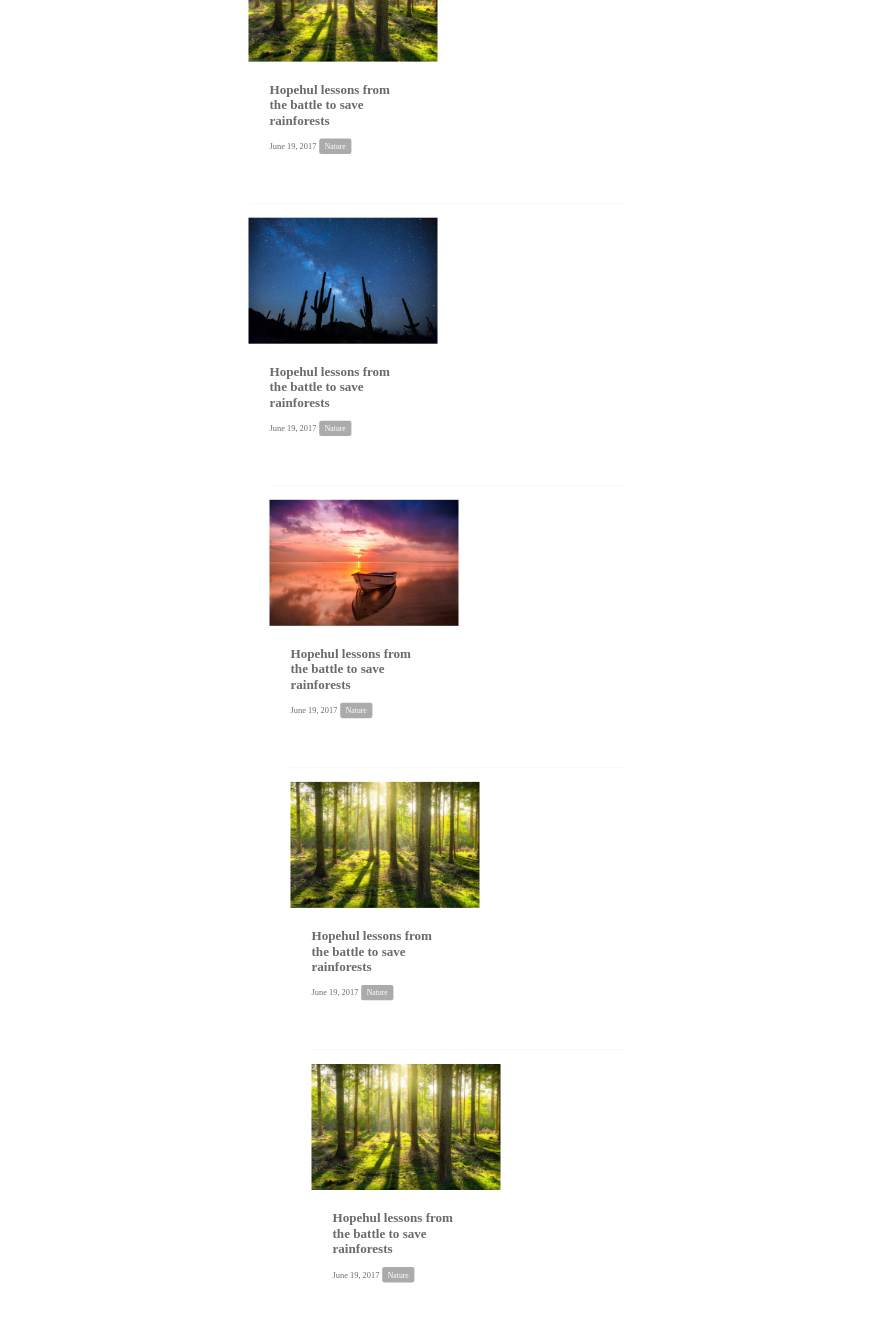
Repository: tttstk518/git-practice
Page: caravan/index.html
The author's editor kept a record of every edit. The page is drawn from the files as they stood at one moment, then again after the next edit.
The browser window is 1280 px wide. The pictures show the part of the page from y = 680 to 2600 px (the page is 2600 px tall), at 70% of full size.

Above is the page before.

### caravan/index.html
<!DOCTYPE html>
<html lang="ja">
  <head>
    <meta charset="UTF-8" />
    <!-- CSSファイルの読み込み　-->
    <link rel="stylesheet" href="style.css" />
    <title>CARAVAN</title>
  </head>

  <body>

    <! -- header用のdiv -->

    <header>
      <h1 class="heading">
      <a href="index.html">
        CARAVAN
      </a>
      </h1>
    </header>

    <!-- navigation -->

  <nav>
    <ul class="nav-list">
      <li class="nav-list-item">
        <a href="index.html">Home</a>
      </li>
      <li class="nav-list-item">About</li>
      <li class="nav-list-item">Topic</li>
  </ul>
  </nav>

    <! -- mai-visual用のdiv -->

    <div class="main-visual">
      <div class="main-visual-content">

        <!-- pタグを追加-->
    <p class="main-visual-text">
      The world is a book<br />
      and those who do not travel<br >
      read only one page.
    </p>
    <p class="main-visual-name">
       St. Augustine
    </p>
   </div>
  </div>

    <!-- main用のdiv-->
<main>
  <section class="blog">
    <h2 class="blog-heading">Recent Blogs</h2>

    <div class="blog-box"></div>
     <div class="blog-item"></div>
      <img class="blog-image" src="img/forest.jpg">
      <section class="blog-text">
       <h3 class="blog-text-heading">

         <a href="single.html">
           Hopehul lessons from<br>
           the battle to save<br>
           rainforests
         </a>

       </h3>
       <p class="blog-date">June 19, 2017</p>
       <span class="category">Nature</span>
  </section>


    <div class="blog-box"></div>
     <div class="blog-item"></div>
      <img class="blog-image" src="img/desert.jpg">
      <section class="blog-text">
       <h3 class="blog-text-heading">

         <a href="single.html">
           Hopehul lessons from<br>
           the battle to save<br>
           rainforests
         </a>

       </h3>
       <p class="blog-date">June 19, 2017</p>
       <span class="category">Nature</span>

    <div class="blog-box"></div>
     <div class="blog-item"></div>
      <img class="blog-image" src="img/sunset.jpg">
      <section class="blog-text">
       <h3 class="blog-text-heading">

         <a href="single.html">
           Hopehul lessons from<br>
           the battle to save<br>
           rainforests
         </a>

       </h3>
       <p class="blog-date">June 19, 2017</p>
       <span class="category">Nature</span>

    <div class="blog-box"></div>
     <div class="blog-item"></div>
      <img class="blog-image" src="img/forest.jpg">
      <section class="blog-text">
       <h3 class="blog-text-heading">

         <a href="single.html">
           Hopehul lessons from<br>
           the battle to save<br>
           rainforests
         </a>

       </h3>
       <p class="blog-date">June 19, 2017</p>
       <span class="category">Nature</span>

    <div class="blog-box"></div>
     <div class="blog-item"></div>
      <img class="blog-image" src="img/forest.jpg">
      <section class="blog-text">
       <h3 class="blog-text-heading">

         <a href="single.html">
           Hopehul lessons from<br>
           the battle to save<br>
           rainforests
         </a>

       </h3>
       <p class="blog-date">June 19, 2017</p>
       <span class="category">Nature</span>

     </section>
    </div>
  </section>

   <div class="sidebar"></div>
    </main>



    <! -- footer用のdiv -->

    <footer>
      <p class="footer-text"> All rights reserved by Infratop.Inc.</p>
    </footer>
  </body>
</html>

### caravan/style.css
/* ブラウザがそれぞれ持っているCSSをリセットするための記述　*/

* {
  margin: 0;
  padding: 0;
  box-sizing: border-box;
  color: #6c6b6b;
}

a {
  text-decoration: none;
}

header {
  width: 90%;  /* 横幅90　*/
  padding: 15px 0;
  margin: 0 auto;
  text-align: center;
  position: relative; /* #socialの基準位置を相対位置へ変更する*/

}

.social {
  display: inline-block;
  margin-left: 20px;
}

header .heading {
  /* headerタグ内のheadingクラスにのみ反映される*/
  font-size: 32px;
}

.nav-list {
  text-align: center;
  padding: 10px 0;
  margin: 0 auto;
}

.nav-list-item {
  list-style: none;
  display: inline-block;
  margin: 0 20px;
}

.main-visual {
  width: 100%; /*横幅いっぱい　*/
  height: 300px; /*高さ300px */
  background-image: url(img/mv.jpg);
  background-size: cover;
  background-position: center;

}

.main-visual-content {
  width: 40%;
  height: 300px;
  background-color: rgba(0,0,0,0.5);
  text-align: center; /*文字を中央揃えにする*/
  padding-top: 105px;

}
.main-visual-text {
  color: #fff;
}

.main-visual-name {
  margin-top: 30px;
  color: #fff
}

main {
  width: 800px;
  display: flex;
  justify-content: center;
  margin: 0 auto;
  padding: 70px 0 ;

}

.blog {
  width: 540px;
  margin-right: 30px;
}

.blog-heading {
  border-bottom: 8px solid #f7f7f7;
  text-align: center;
  line-height: 0.6;
}

.blog-box {
  padding-top: 50px;
}

.blog-item {
  padding-bottom: 20px;
  margin-bottom: 20px;
  border-bottom: 1px solid #f7f7f7;
  display: flex;
  justify-content: flex-start;
}
.blog-image {
  height: 180px;

}

.blog-text {
  padding: 25px 0 0 30px;
}
.blog-text-heading {
  padding-bottom: 15px;
}
.blog-date {
  font-size: 12px;
  display: inline-block;
}

.category {
  display: inline-block;
  padding: 5px 8px;
  background-color: #acabab;
  border-radius: 3px;
  color: #fff;
  font-size: 11px
}

.pagination {
  text-align: center;
  padding-top: 50px;
}

.pagination p {
  display: inline-block;
  width: 30px;
  height: 30px;
  margin: 0 5px;
  color: #fff;
  background-color: #acabab;
  border-radius: 3px;
  line-height: 30px;
}

.sidebar {
  width: 230px;
}

.common-heading {
  border-bottom: 8px solid #f7f7f7;
  text-align: center;
  line-height: 0.6;
}

.sidebar-contents {
  padding: 50px 0;
}

.popular-text,
.categories-text {
  padding-bottom: 5px;
  border-bottom: 1px solid #f7f7f7;
  margin-bottom: 5px;
}

.popular-text:last-child,
.categories-text:last-child {
  margin: 0;
  padding: 0;
  border: none;
}

.instagram .sidebar-contents {
  display: flex;
  flex-wrap: wrap;
}

.instagram-box {
  width: 110px;
  padding-top: 110px;
  background-size: cover;
  background-position: center;
  margin-bottom: 10px;
}

.instagram-box:nth-child(odd) {
  margin-right: 10px;
}

.instagram-box:nth-child(1) {
  background-image: url(img/airport.jpg);
}

.instagram-box:nth-child(2) {
  background-image: url(img/japan.jpg);
}

.instagram-box:nth-child(3) {
  background-image: url(img/snow.jpg);
}

.instagram-box:nth-child(4) {
  background-image: url(img/japan2.jpg);
}

.instagram-box:nth-child(5) {
  background-image: url(img/lake.jpg);
}

.instagram-box:nth-child(6) {
  background-image: url(img/road.jpg);
}


.footer {
  width: 100%;
  height: 120px;
  text-align: center;
  line-height: 120px;
  background-color: #848282;

}

.footer-text {
  color: #fff
}

After the next edit:
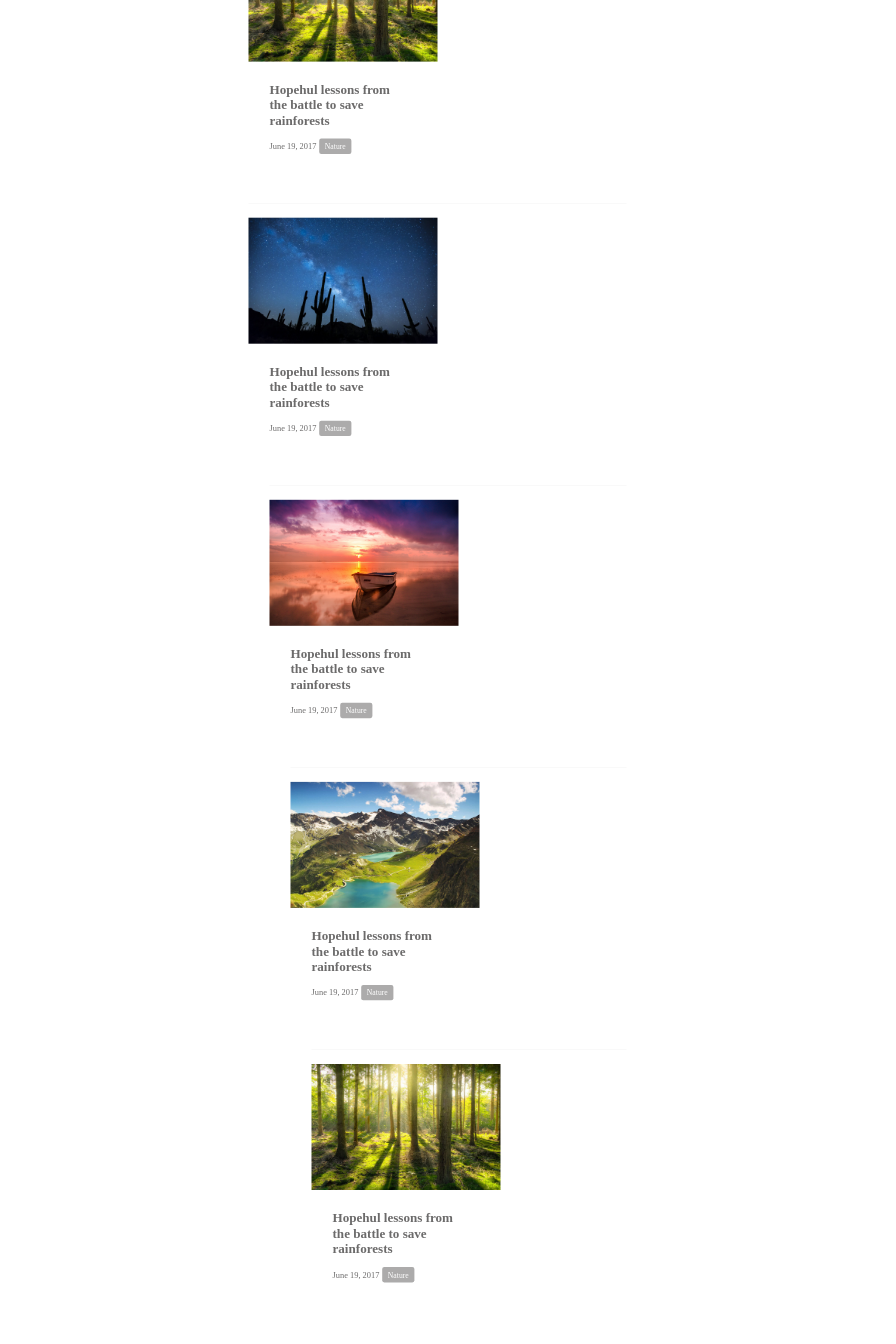
The edit:
--- a/caravan/index.html
+++ b/caravan/index.html
@@ -105,7 +105,7 @@
 
     <div class="blog-box"></div>
      <div class="blog-item"></div>
-      <img class="blog-image" src="img/forest.jpg">
+      <img class="blog-image" src="img/italy.jpg">
       <section class="blog-text">
        <h3 class="blog-text-heading">
 
